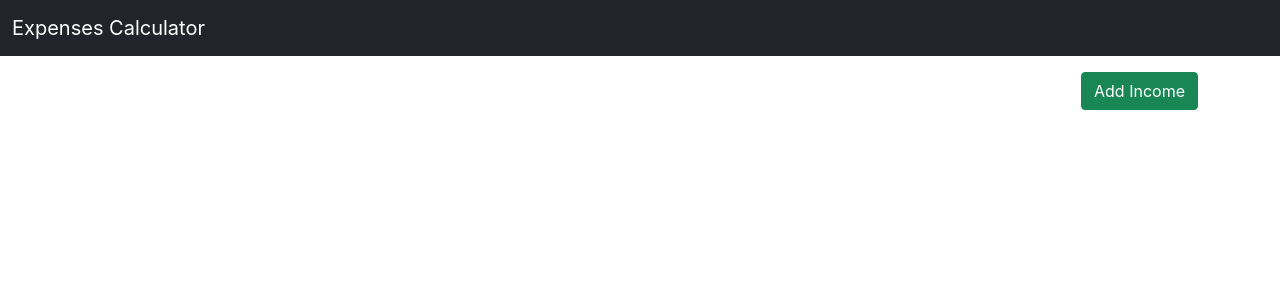
Repository: eidankhan/expenses-calculator
Page: /
The author's editor kept a copy of each file at every save. The page is drawn from the files as they stood at one save, then again after the next save.
The browser window is 1280 px wide. The pictures show the whole page.
The project was rebuilt for these pictures with package versions that can differ from the ones it lists, and the page was loaded fresh each time.

Above is the page before, as saved 2021-11-29 15:31:10.

After the next save:
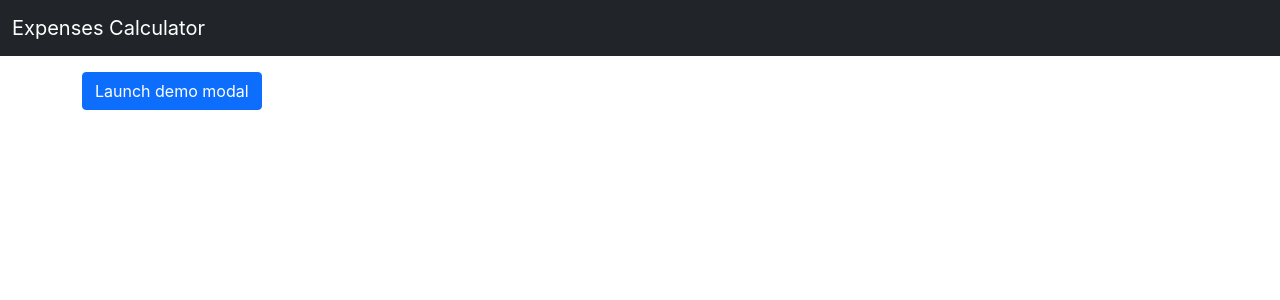
Saved 19 s later.
--- a/src/App.js
+++ b/src/App.js
@@ -4,6 +4,7 @@
 //   Route,
 // } from "react-router-dom";
 
+import { Income } from "./components/Income";
 import { Navbar } from "./components/Navbar";
 
 function App() {
@@ -11,7 +12,7 @@ function App() {
     <>
       <Navbar />
       <div className="container my-3">
-        <button className="btn btn-success float-end"> Add Income</button>
+        <Income/>
       </div>
     </>
   );
